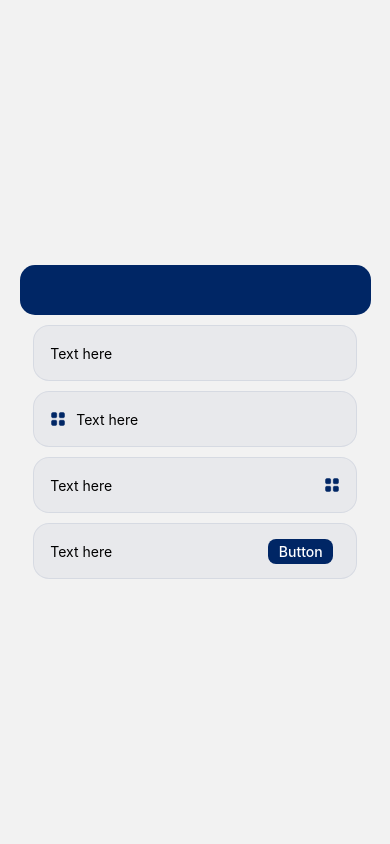
Repository: hungdomanh95/setuptheme
Screen: /
An editor plug-in stored every save of this project. The screen is shown before and after the next save, followed by the edit.
The app was drawn by React Native's web renderer in a window 390 px wide. The project was rebuilt for these pictures with package versions that can differ from the ones it lists, and the page was loaded fresh each time. Also part of the build but not shown: src/components/Fade/index.js, src/components/Slide/index.js, src/components/RNCheckbox/index.js.

Above is the screen before, as saved 2022-05-17 18:18:55.

After the next save:
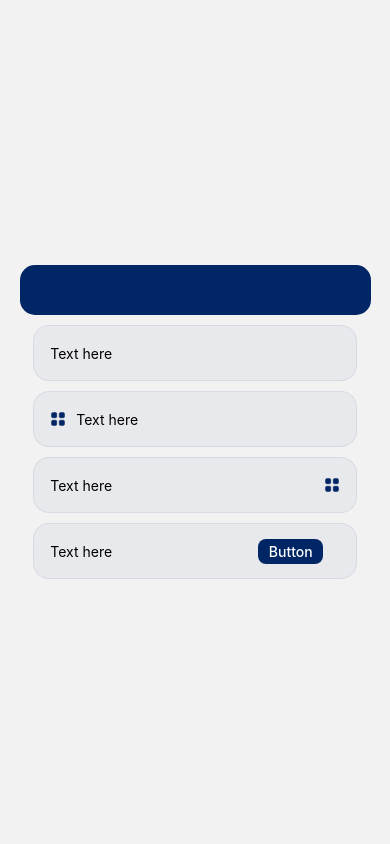
Saved 15 s later.
--- a/src/components/RNButton/ButtonInput.js
+++ b/src/components/RNButton/ButtonInput.js
@@ -25,6 +25,7 @@ const styleWithProps = (props) => {
       alignItems: 'center',
       borderRadius: 8,
       backgroundColor: COLOR.primary,
+      right:10,
       ...props.style,
     },
     text: {
